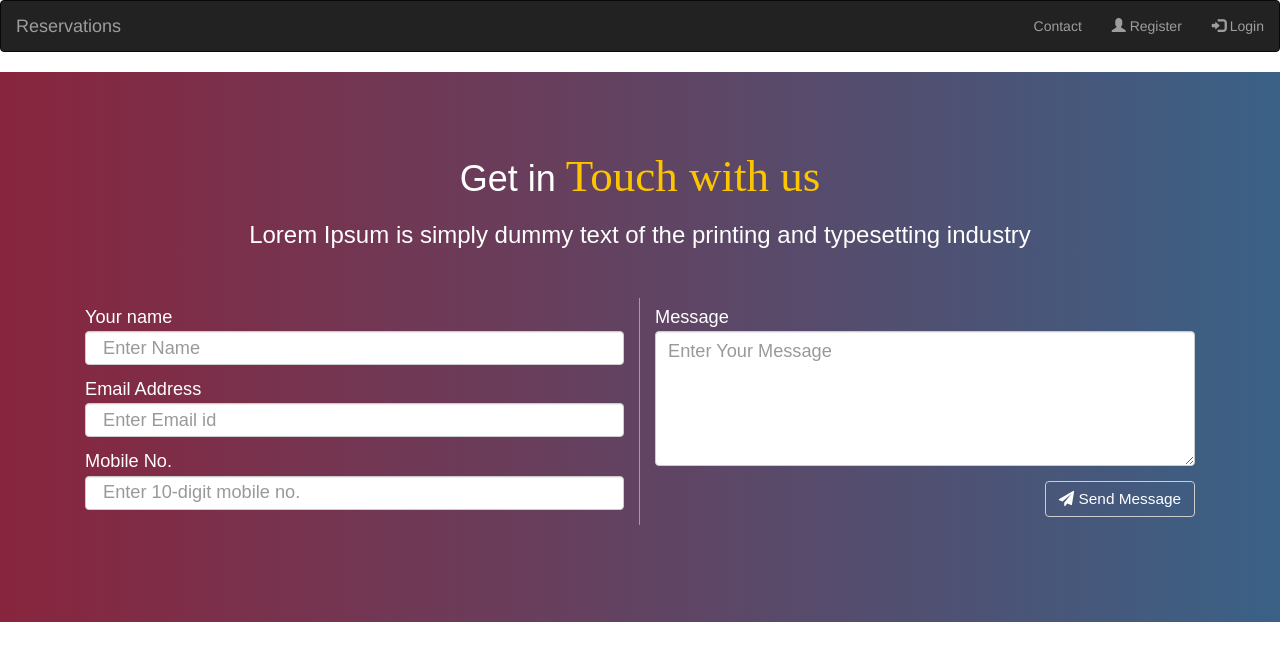
Repository: svnsiva/final-project
Page: http://localhost/flights-car-reservation/WEB-INF/pages/contact.jsp
These files come from the project's save history. The page is drawn as it stood at one moment and after the next save; the edit follows.
The browser window is 1280 px wide. The pictures show the whole page.
Some web fonts or font styles are not loaded; a fallback is used. The page is served by Tomcat 9. Nobody is signed in. Other server files are loaded and not shown. The template is opened directly, without the code that normally fills it, so the values that code supplies are empty.

Above is the page before, as saved 2017-08-10 19:02:43.

### flights-car-reservation/src/main/webapp/WEB-INF/pages/contact.jsp
                      <%@ page language="java" contentType="text/html; charset=ISO-8859-1"
    pageEncoding="ISO-8859-1"%>
<!DOCTYPE html>
<html>
<head>
<meta http-equiv="Content-Type" content="text/html; charset=ISO-8859-1">
<link rel="stylesheet" href="https://maxcdn.bootstrapcdn.com/bootstrap/3.3.7/css/bootstrap.min.css"
integrity="sha384-BVYiiSIFeK1dGmJRAkycuHAHRg32OmUcww7on3RYdg4Va+PmSTsz/K68vbdEjh4u"
crossorigin="anonymous">
<title>Insert title here</title>
<style type="text/css">
/*Contact sectiom*/
.content-header{
  font-family: 'Oleo Script', cursive;
  color:#fcc500;
  font-size: 45px;
}

.section-content{
  text-align: center;

}
#contact{

    font-family: 'Teko', sans-serif;
  padding-top: 60px;
  width: 100%;
  width: 100vw;

  height: 550px;
  background: #3a6186; /* fallback for old browsers */
  background: -webkit-linear-gradient(to left, #3a6186 , #89253e); /* Chrome 10-25, Safari 5.1-6 */
  background: linear-gradient(to left, #3a6186 , #89253e); /* W3C, IE 10+/ Edge, Firefox 16+, Chrome 26+, Opera 12+, Safari 7+ */
    color : #fff;
}
.contact-section{
  padding-top: 40px;
}
.contact-section .col-md-6{
  width: 50%;
}

.form-line{
  border-right: 1px solid #B29999;
}

.form-group{
  margin-top: 10px;
}
label{
  font-size: 1.3em;
  line-height: 1em;
  font-weight: normal;
}
.form-control{
  font-size: 1.3em;
  color: #080808;
}
textarea.form-control {
    height: 135px;
   /* margin-top: px;*/
}

.submit{
  font-size: 1.1em;
  float: right;
  width: 150px;
  background-color: transparent;
  color: #fff;

}

</style>
</head>
<body>
<form action="/account" method="POST" modelAttribute="account">
<nav class="navbar navbar-inverse">
  <div class="container-fluid">
    <div class="navbar-header">
      <a class="navbar-brand">Reservations</a>
    </div>

    <ul class="nav navbar-nav navbar-right">
    	 <li><a href="${pageContext.request.contextPath}/nikhil">Contact</a></li>
      <li><a href="${pageContext.request.contextPath}/register"><span class="glyphicon glyphicon-user"></span> Register</a></li>
   <li><a href="${pageContext.request.contextPath}/login"><span class="glyphicon glyphicon-log-in"></span> Login</a></li>
    </ul>
  </div>
</nav>
    <link href="https://fonts.googleapis.com/css?family=Oleo+Script:400,700" rel="stylesheet">
   	<link href="https://fonts.googleapis.com/css?family=Teko:400,700" rel="stylesheet">
   	<link href="https://maxcdn.bootstrapcdn.com/font-awesome/4.7.0/css/font-awesome.min.css" rel="stylesheet">

<section id="contact">
			<div class="section-content">
				<h1 class="section-header">Get in <span class="content-header wow fadeIn " data-wow-delay="0.2s" data-wow-duration="2s"> Touch with us</span></h1>
				<h3>Lorem Ipsum is simply dummy text of the printing and typesetting industry</h3>
			</div>
			<div class="contact-section">
			<div class="container">
				<form>
					<div class="col-md-6 form-line">
			  			<div class="form-group">
			  				<label for="exampleInputUsername">Your name</label>
					    	<input type="text" class="form-control" id="" placeholder=" Enter Name">
				  		</div>
				  		<div class="form-group">
					    	<label for="exampleInputEmail">Email Address</label>
					    	<input type="email" class="form-control" id="exampleInputEmail" placeholder=" Enter Email id">
					  	</div>
					  	<div class="form-group">
					    	<label for="telephone">Mobile No.</label>
					    	<input type="tel" class="form-control" id="telephone" placeholder=" Enter 10-digit mobile no.">
			  			</div>
			  		</div>
			  		<div class="col-md-6">
			  			<div class="form-group">
			  				<label for ="description"> Message</label>
			  			 	<textarea  class="form-control" id="description" placeholder="Enter Your Message"></textarea>
			  			</div>
			  			<div>

			  				<button type="button" class="btn btn-default submit"><i class="fa fa-paper-plane" aria-hidden="true"></i>  Send Message</button>
			  			</div>

					</div>
				</form>
			</div>
		</section>

</form>
</body>
</html>

After the next save:
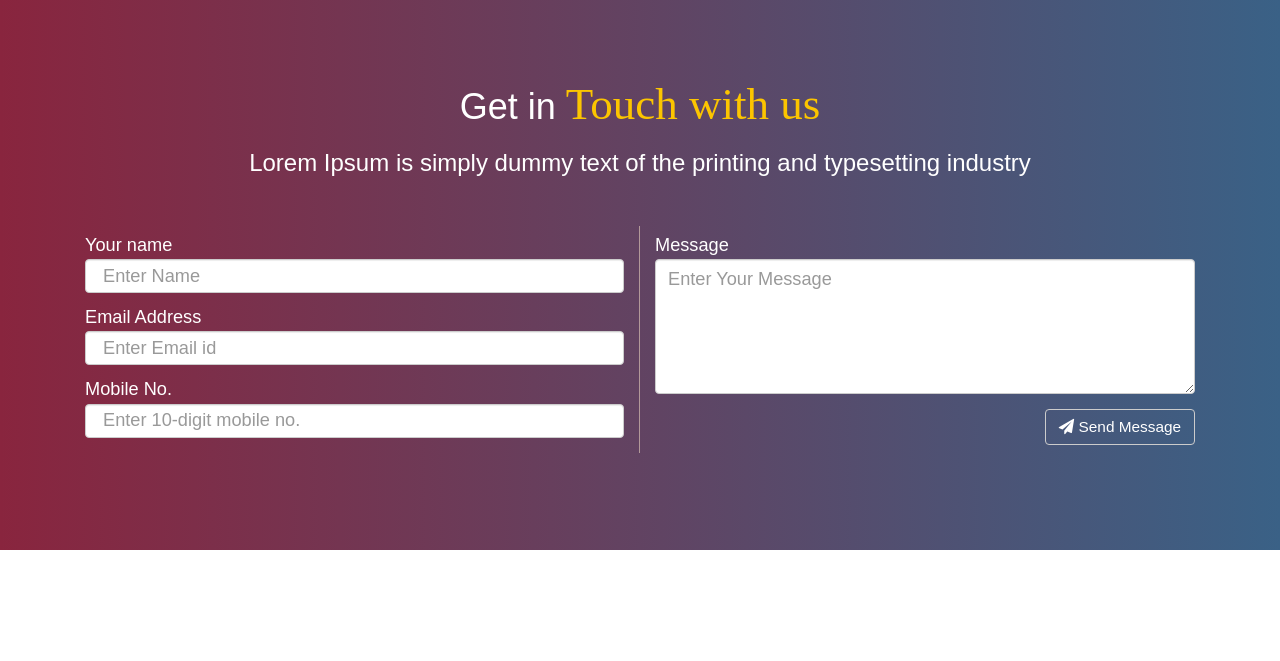
Saved 51 s later.
--- a/flights-car-reservation/src/main/webapp/WEB-INF/pages/contact.jsp
+++ b/flights-car-reservation/src/main/webapp/WEB-INF/pages/contact.jsp
@@ -74,19 +74,7 @@ textarea.form-control {
 </head>
 <body>
 <form action="/account" method="POST" modelAttribute="account">
-<nav class="navbar navbar-inverse">
-  <div class="container-fluid">
-    <div class="navbar-header">
-      <a class="navbar-brand">Reservations</a>
-    </div>
 
-    <ul class="nav navbar-nav navbar-right">
-    	 <li><a href="${pageContext.request.contextPath}/nikhil">Contact</a></li>
-      <li><a href="${pageContext.request.contextPath}/register"><span class="glyphicon glyphicon-user"></span> Register</a></li>
-   <li><a href="${pageContext.request.contextPath}/login"><span class="glyphicon glyphicon-log-in"></span> Login</a></li>
-    </ul>
-  </div>
-</nav>
     <link href="https://fonts.googleapis.com/css?family=Oleo+Script:400,700" rel="stylesheet">
    	<link href="https://fonts.googleapis.com/css?family=Teko:400,700" rel="stylesheet">
    	<link href="https://maxcdn.bootstrapcdn.com/font-awesome/4.7.0/css/font-awesome.min.css" rel="stylesheet">
